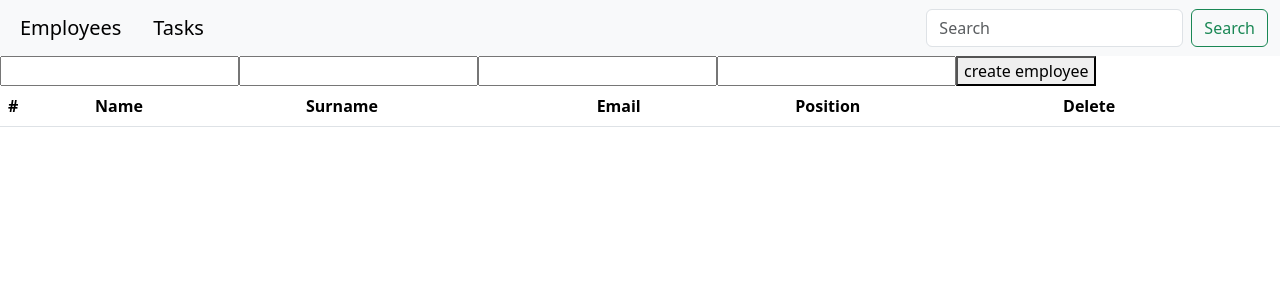
Repository: RaffiBarseghyan/employees
Page: /employees
These files come from the project's save history. The page is drawn as it stood at one moment and after a run of saves; the edit follows.
The browser window is 1280 px wide. The pictures show the whole page.
The page's requests for data from a server got no answer. The project was rebuilt for these pictures with package versions that can differ from the ones it lists, and the page was loaded fresh each time. No one was signed in, and anything a server would have sent is missing. Also part of the build but not shown: src/App.css, src/Pages/Employees/employees.module.scss, src/Pages/UpDel/upDel.module.scss, src/Pages/UpDel/delete.jsx, src/Pages/Tasks/tasks.jsx.

Above is the page before, as saved 2023-06-15 01:09:22.

After the next 2 saves:
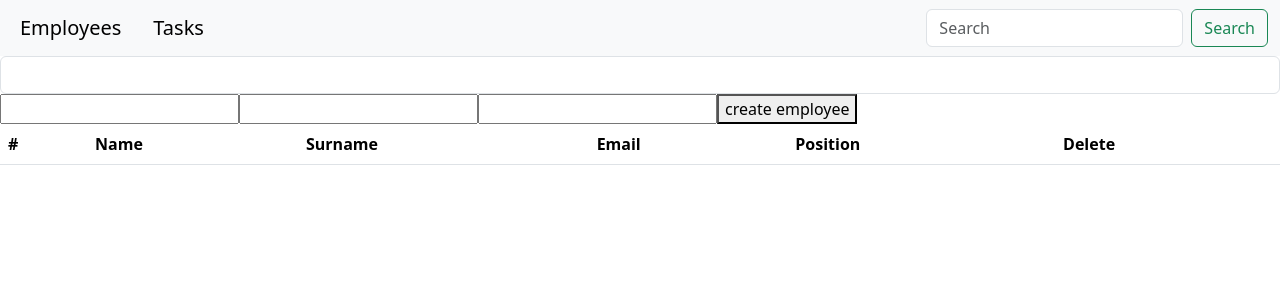
The 2 saves are shown as one change because they came seconds apart.
The last was saved 36 s later.
--- a/src/Pages/Employees/employees.jsx
+++ b/src/Pages/Employees/employees.jsx
@@ -19,7 +19,7 @@
   return (
     <>
       <div>
-        <input type="text" />
+        <input className="form-control me-2" type="text" />
         <input type="text" />
         <input type="email" />
         <input type="text" />

After the 4 saves that followed:
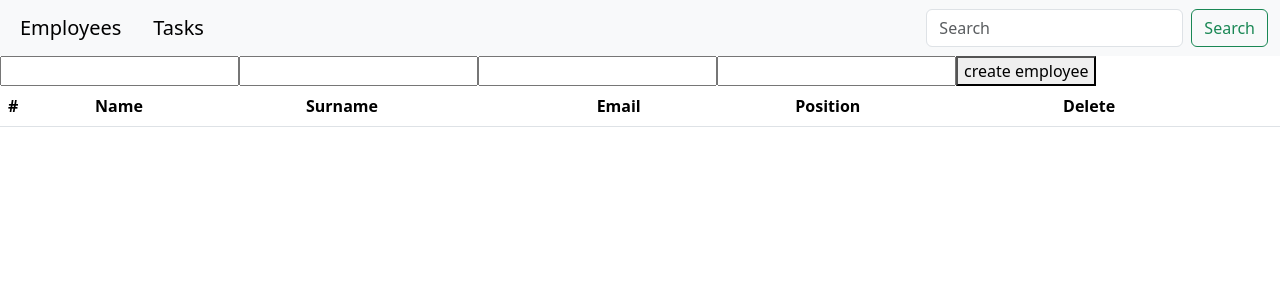
The 4 saves are shown as one change because they came seconds apart.
The last was saved 10 s later.
--- a/src/Pages/Employees/employees.jsx
+++ b/src/Pages/Employees/employees.jsx
@@ -19,11 +19,11 @@
   return (
     <>
       <div>
-        <input className="form-control me-2" type="text" />
+        <input  type="text" />
         <input type="text" />
         <input type="email" />
         <input type="text" />
-        <button>create employee</button>
+        <button >create employee</button>
       </div>
 
       <table className="table">
